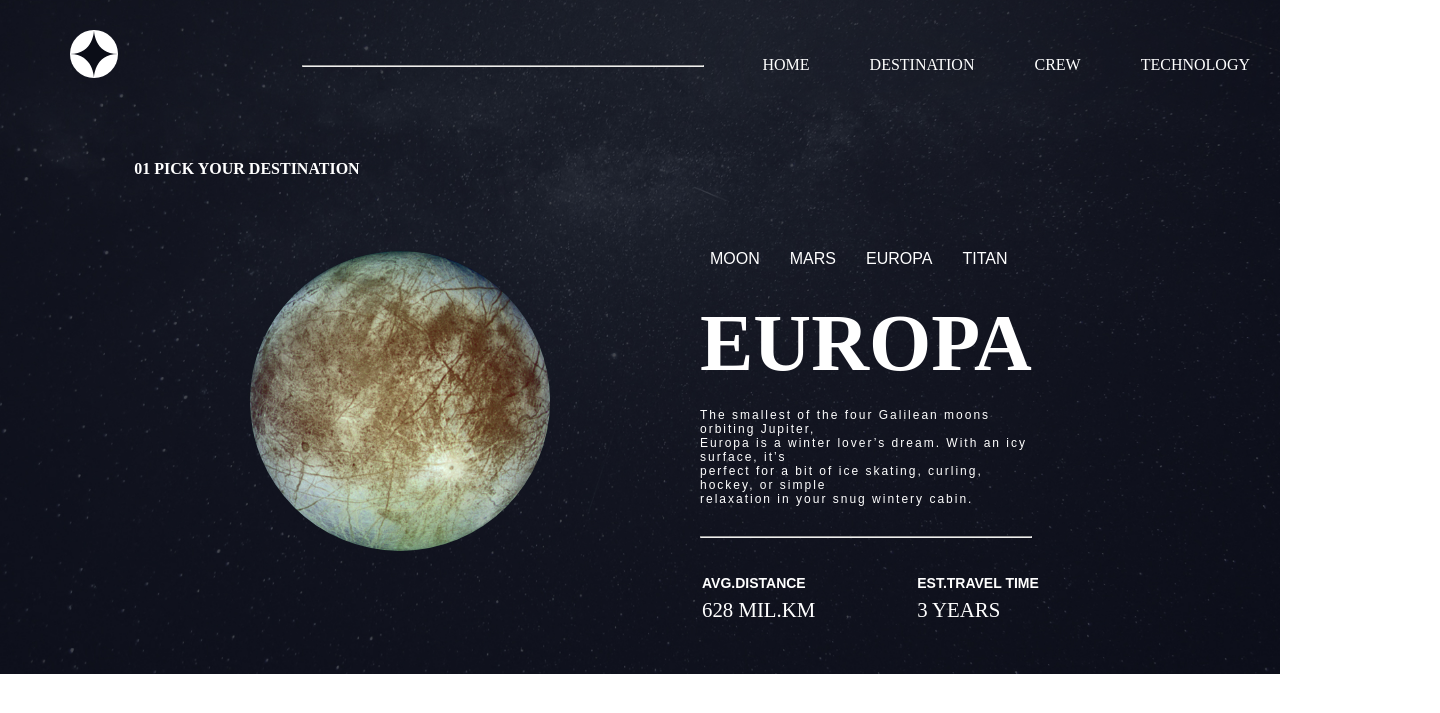
Repository: batonAnton/space_tourism
Page: europa.html
These files come from the project's save history. The page is drawn as it stood at one moment and after the next save; the edit follows.
The browser window is 1280 px wide. The page is 1440 px wide, so the pictures cover 1440 px, including what lies to the right of the window. The pictures show the whole page.
Some web fonts or font styles are not loaded; a fallback is used.

Above is the page before, as saved 2022-05-20 14:18:14.

After the next save:
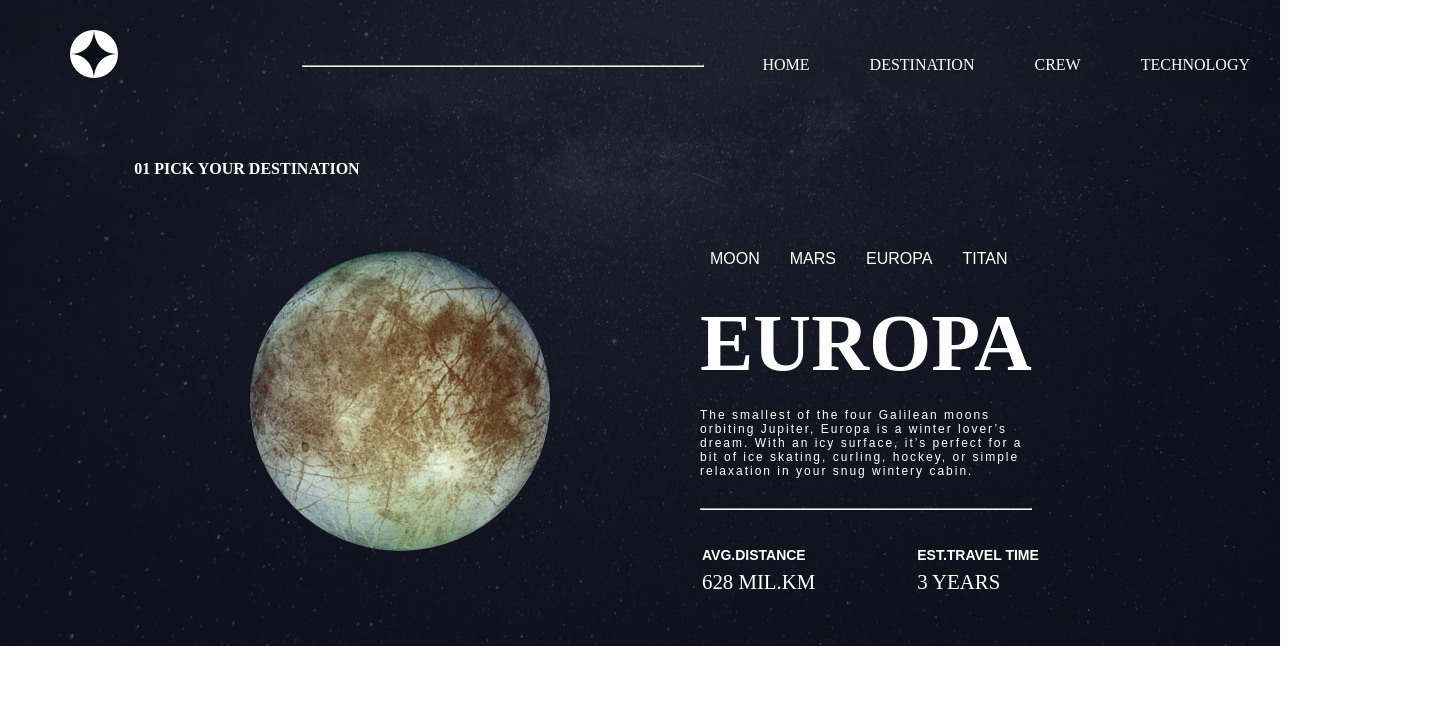
Saved 76 s later.
--- a/europa.html
+++ b/europa.html
@@ -69,7 +69,7 @@
 
                             </ul>
                     <h1>europa</h1>
-                    <p>The smallest of the four Galilean moons orbiting Jupiter,<br> Europa is a winter lover’s dream. With an icy surface, it’s <br> perfect for a bit of ice skating, curling, hockey, or simple <br> relaxation in your snug wintery cabin.</p>
+                    <p>The smallest of the four Galilean moons orbiting Jupiter, Europa is a winter lover’s dream. With an icy surface, it’s  perfect for a bit of ice skating, curling, hockey, or simple  relaxation in your snug wintery cabin.</p>
 
                     <hr class="hr_planet">
 
